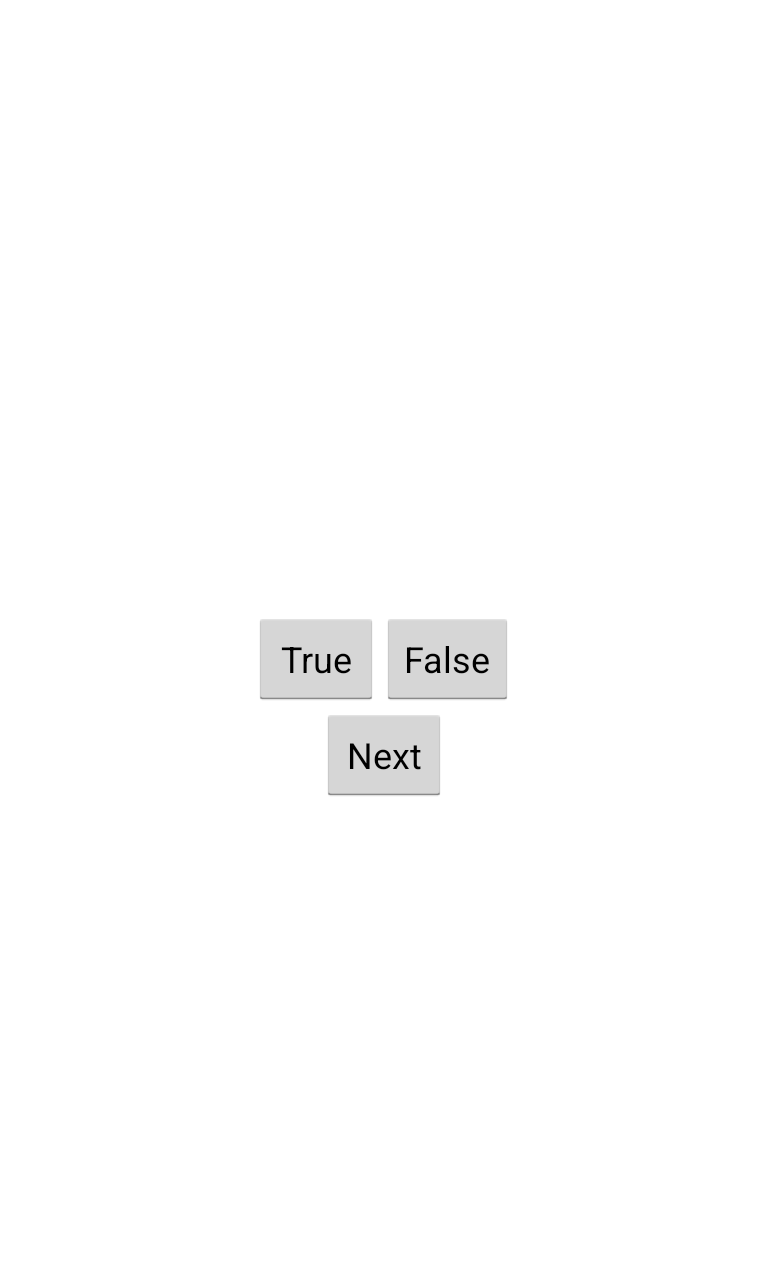
Repository: joblinan/Android-Programming-1st-Edition
Layout: GeoQuiz/res/layout/activity_quiz.xml
The author's editor kept a copy of each file at every save. The layout is drawn from the files as they stood at one save, then again after the next save.
It is drawn on a 768 x 1280 px phone screen (xhdpi) without system bars, with theme AppTheme; the app's code is not run.

Above is the layout before, as saved 2016-08-11 07:24:21.

After the next save:
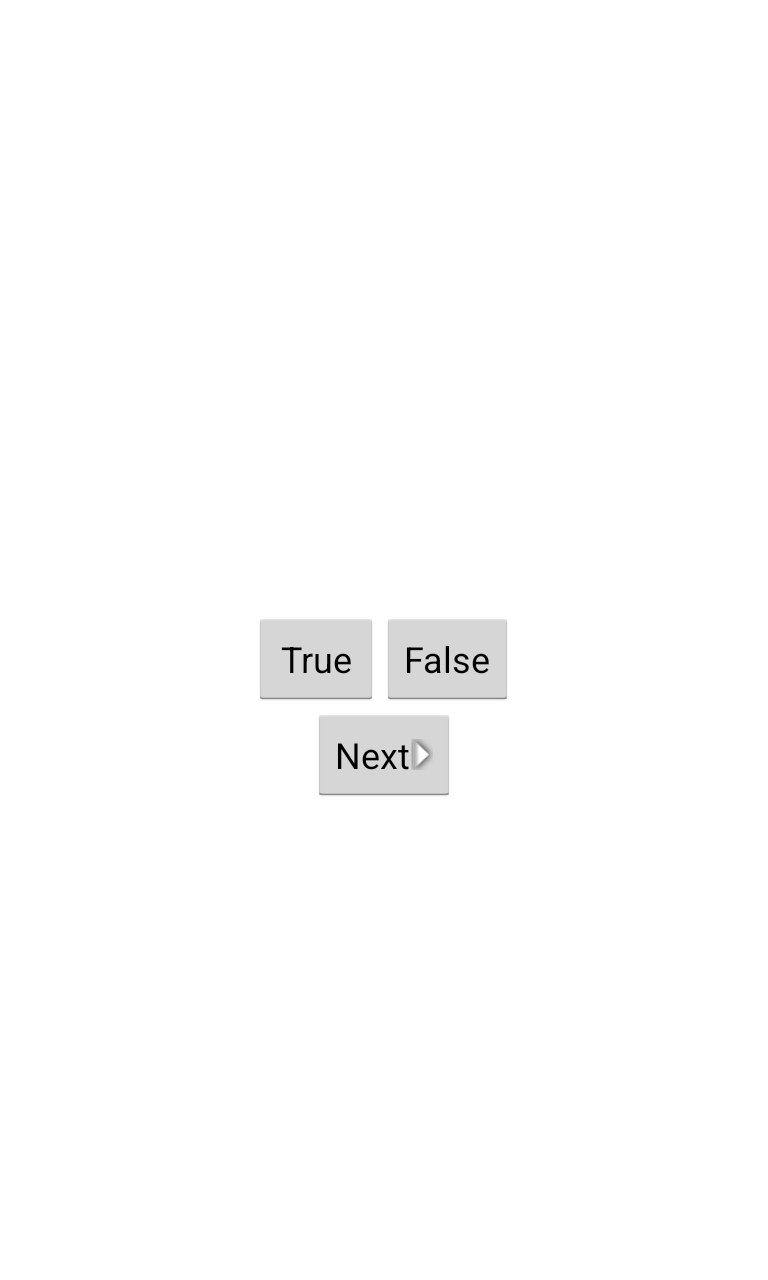
Saved 77 min 49 s later.
--- a/GeoQuiz/res/layout/activity_quiz.xml
+++ b/GeoQuiz/res/layout/activity_quiz.xml
@@ -34,6 +34,8 @@
         android:id="@+id/next_button"
         android:layout_width="wrap_content"
         android:layout_height="wrap_content"
-        android:text="@string/next_button" />
+        android:text="@string/next_button"
+        android:drawableRight="@drawable/arrow_right"
+         />
 
 </LinearLayout>
